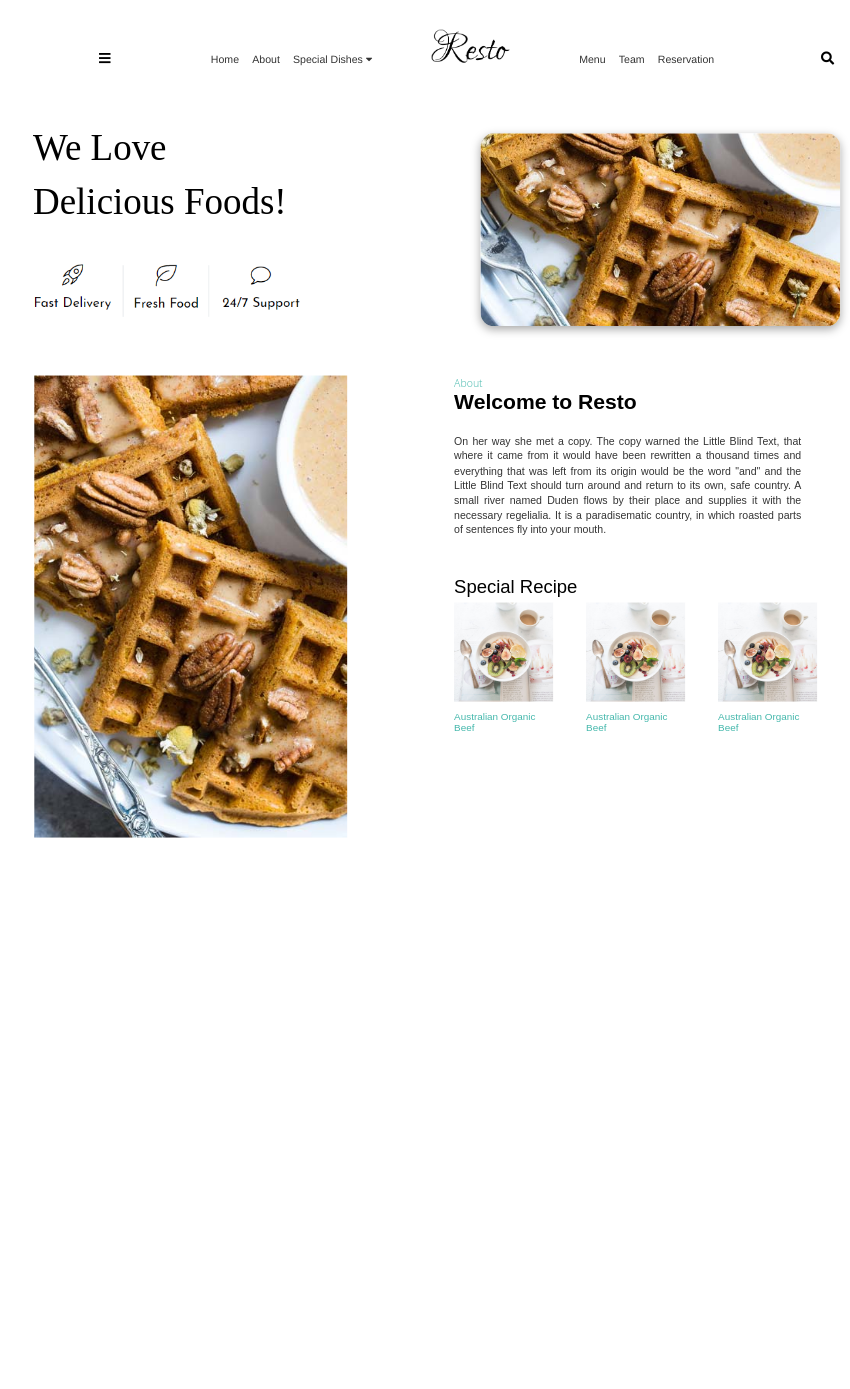
Repository: nguyenanhtuanHDU/myrestaurant
Page: index.html
An editor plug-in stored every save of this project. The page is shown before and after the next save, followed by the edit.
The browser window is 1280 px wide. The page is 1288 px wide, so the pictures cover 1288 px, including what lies to the right of the window. The pictures show the whole page, at 66% of full size.

Above is the page before, as saved 2022-02-01 02:16:31.

After the next save:
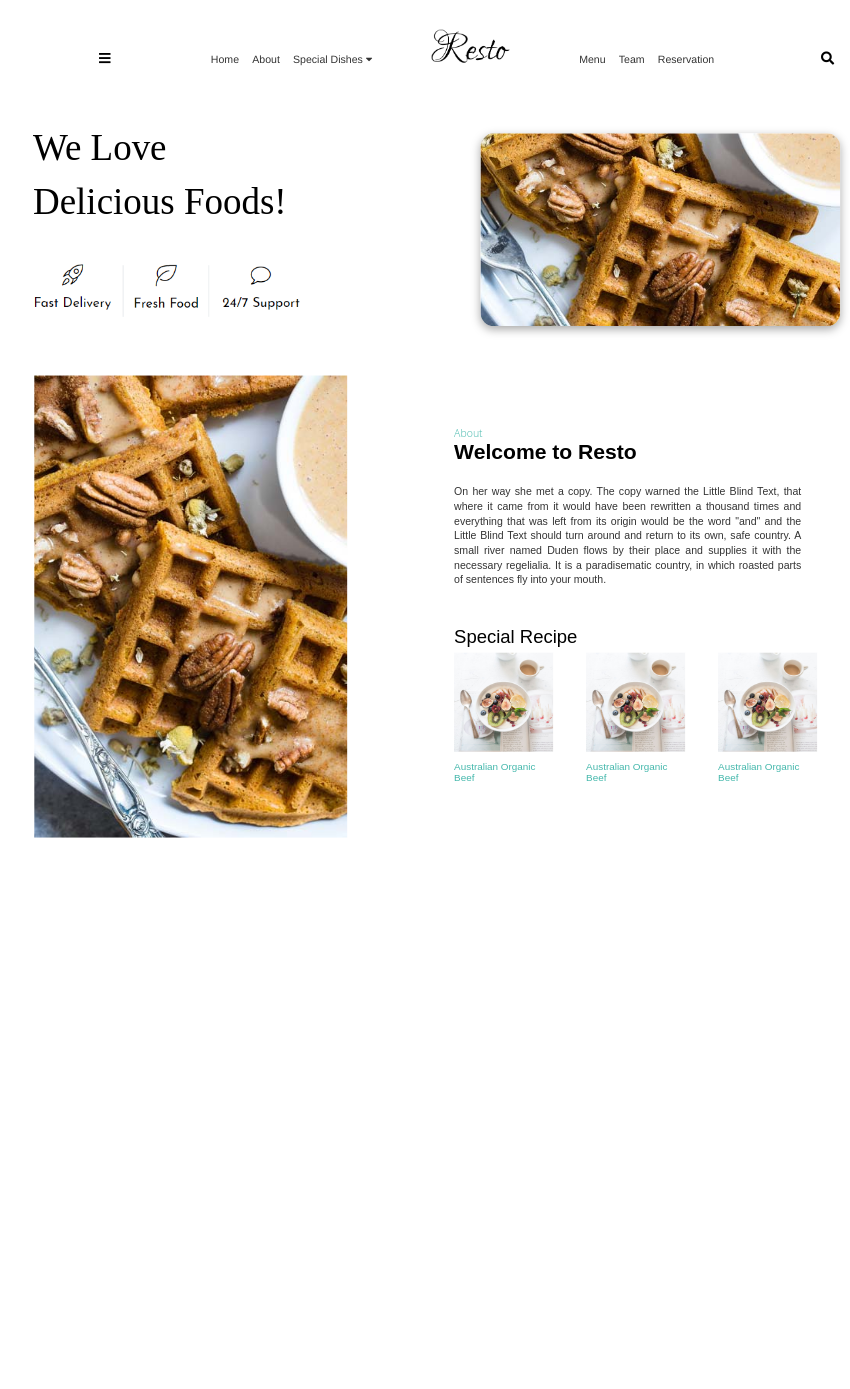
Saved 66 s later.
--- a/assets/style.css
+++ b/assets/style.css
@@ -205,7 +205,7 @@
 }
 .about_content{
     position: absolute;
-    top: 0;
+    top: 76px;
     left: 43em;
     width: 100%;
 }
